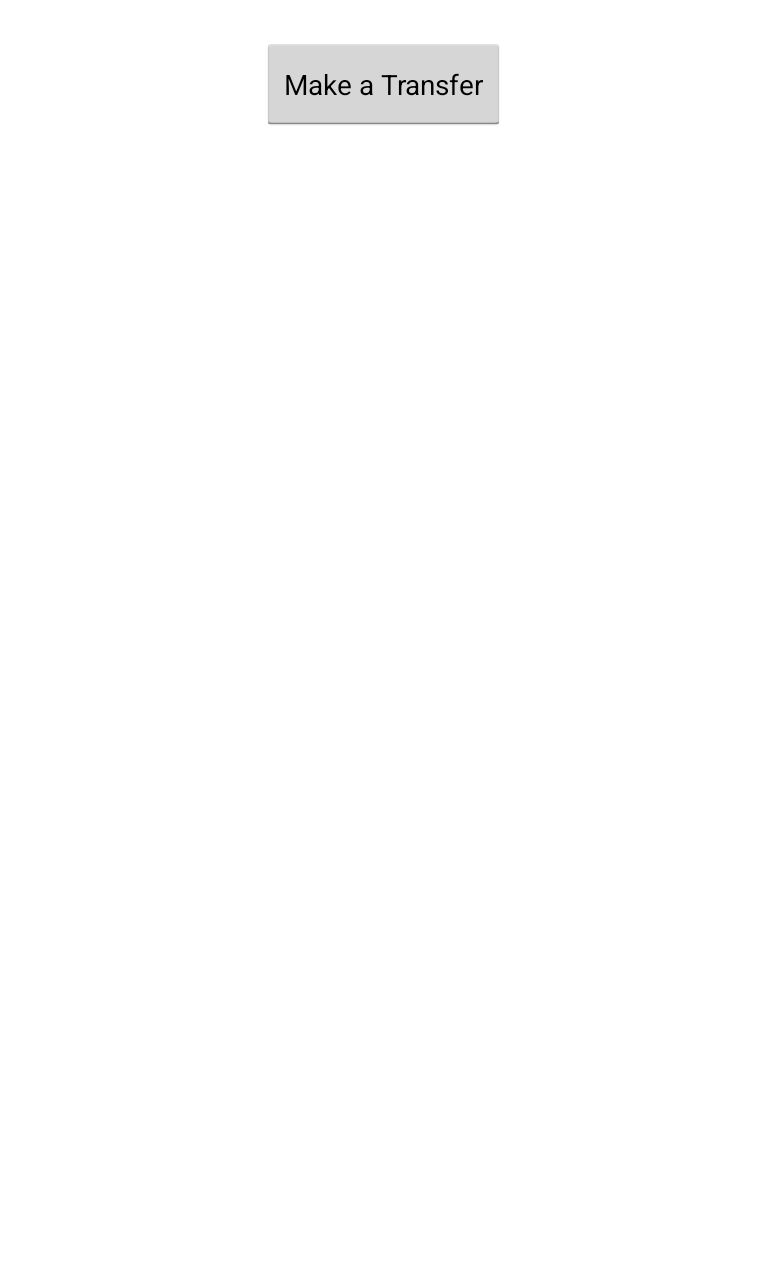
Repository: chaneyjd/android
Layout: amqtt/res/layout/activity_main.xml
These files come from the project's save history. The layout is drawn as it stood at one moment and after the next save; the edit follows.
It is drawn on a 768 x 1280 px phone screen (xhdpi) without system bars, with theme AppTheme; the app's code is not run.

Above is the layout before, as saved 2014-05-06 18:16:28.

### amqtt/res/layout/activity_main.xml
<RelativeLayout xmlns:android="http://schemas.android.com/apk/res/android"
    xmlns:tools="http://schemas.android.com/tools"
    android:layout_width="match_parent"
    android:layout_height="300dp"
    android:paddingLeft="@dimen/activity_horizontal_margin"
    tools:context=".MainActivity" >

    <Button
        android:id="@+id/buttonTransfer"
        style="?android:attr/buttonStyleSmall"
        android:layout_width="wrap_content"
        android:layout_height="wrap_content"
        android:layout_alignParentTop="true"
        android:layout_centerHorizontal="true"
        android:layout_marginTop="18dp"
        android:onClick="popup"
        android:text="Make a Transfer" />

</RelativeLayout>

Loaded but not shown: amqtt/res/values/styles.xml (common file); amqtt/res/values-v11/styles.xml (common file); amqtt/res/values-v14/styles.xml (common file); amqtt/res/values/dimens.xml (common file)

After the next save:
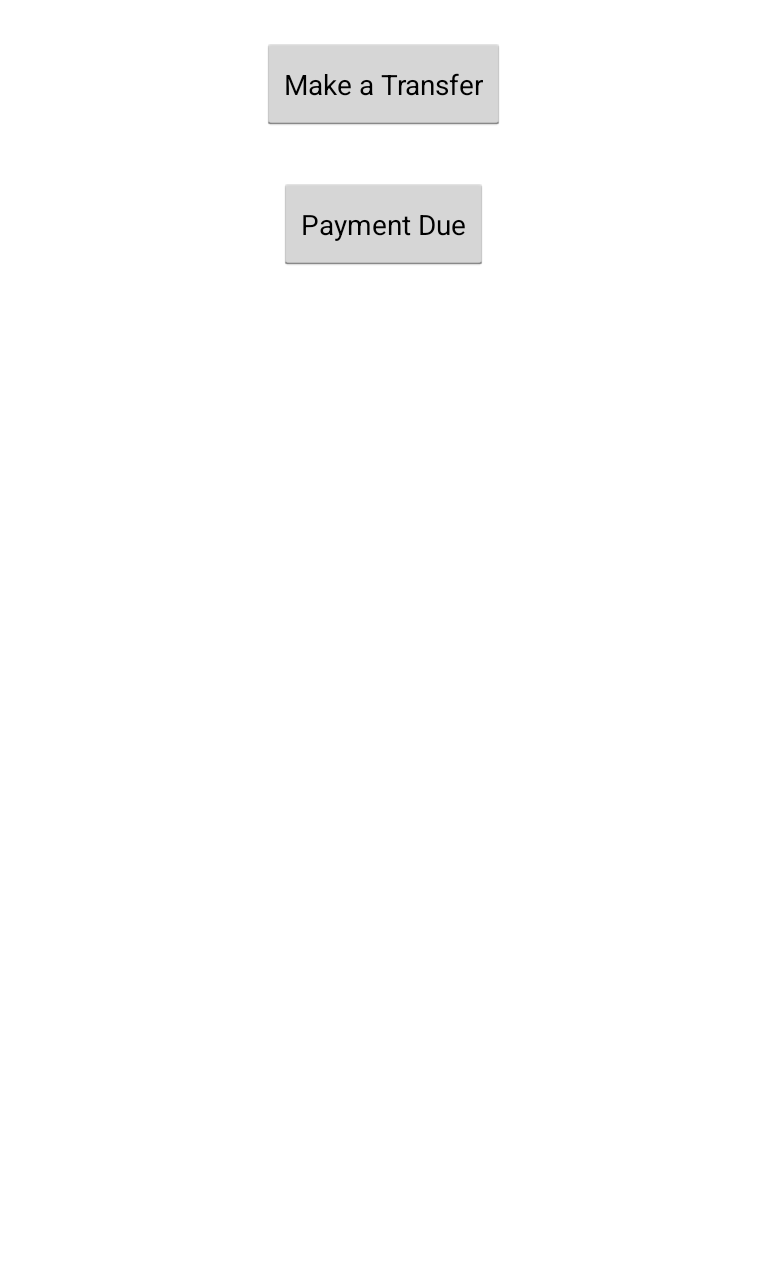
Saved 2 h 42 min later.
--- a/amqtt/res/layout/activity_main.xml
+++ b/amqtt/res/layout/activity_main.xml
@@ -13,7 +13,18 @@
         android:layout_alignParentTop="true"
         android:layout_centerHorizontal="true"
         android:layout_marginTop="18dp"
-        android:onClick="popup"
+        android:onClick="transfer"
         android:text="Make a Transfer" />
 
+    <Button
+        android:id="@+id/button2"
+        style="?android:attr/buttonStyleSmall"
+        android:layout_width="wrap_content"
+        android:layout_height="wrap_content"
+        android:layout_below="@+id/buttonTransfer"
+        android:layout_centerHorizontal="true"
+        android:layout_marginTop="22dp"
+        android:onClick="paymentdue"
+        android:text="Payment Due" />
+
 </RelativeLayout>
